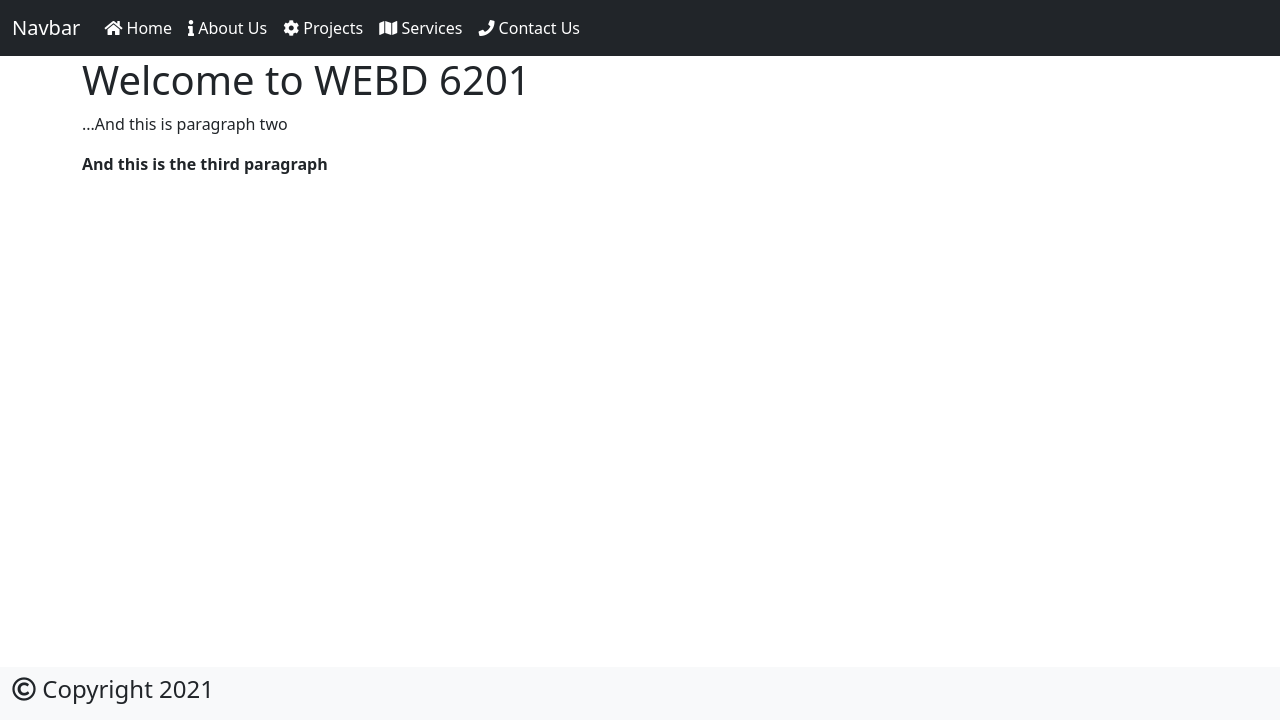
Repository: spencernewellevans/WEBD6201-ICE01
Page: index.html
An editor plug-in stored every save of this project. The page is shown before and after the next save, followed by the edit.
The browser window is 1280 px wide. The pictures show the whole page.

Above is the page before, as saved 2021-01-22 18:52:11.

After the next save:
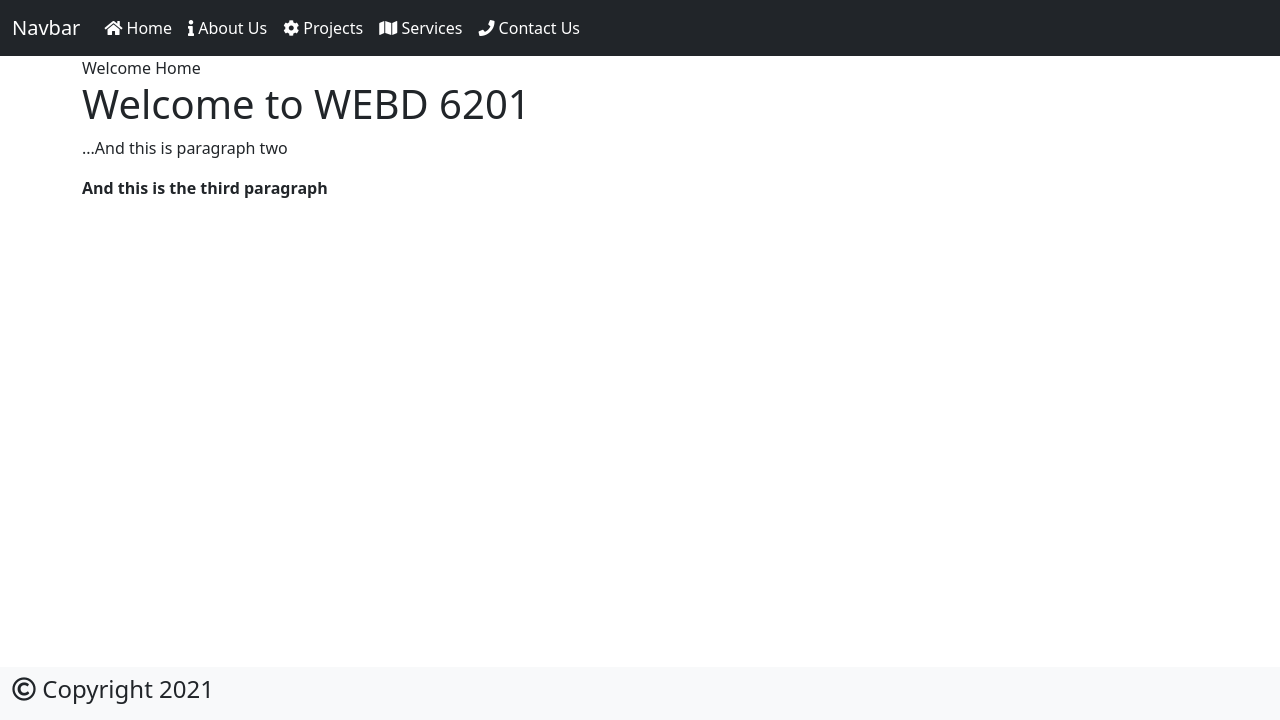
Saved 80 s later.
--- a/scripts/app.js
+++ b/scripts/app.js
@@ -37,19 +37,21 @@
         paragraphDiv.innerHTML = paragraphThree;
 
         // INSERTION
-        // insertion before a node
+        // insertion before a node example
         //newParagraph.before(paragraphDiv);
-        // insertion after a node
+
+        // insertion after a node example
         newParagraph.after(paragraphDiv);
 
         // DELETION
-        //example of removing a single element
+        // example of removing a single element
         //paragraphOneElement.remove();
 
         // removeChild example
         mainContent.removeChild(paragraphOneElement);
 
         // MODIFICATION
+        mainContent.firstChild.textContent = "Welcome Home"
 
     }
 
